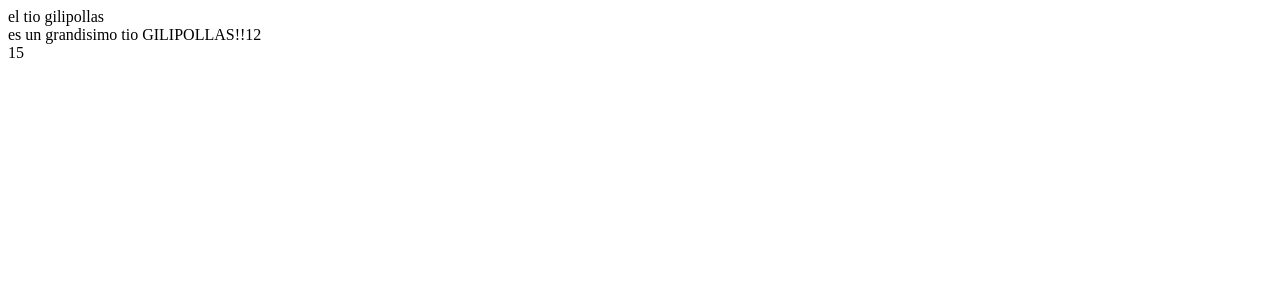
Repository: LionardoGomiz/CRUD-JS-VAINILLA
Page: http://localhost/gilipollas.php
These files come from the project's save history. The page is drawn as it stood at one moment and after the next save; the edit follows.
The browser window is 1280 px wide. The pictures show the whole page.
The page is run by PHP 8.4 with error messages shown; the project is at /var/www/html/.

Above is the page before, as saved 2021-08-13 20:17:22.

After the next save:
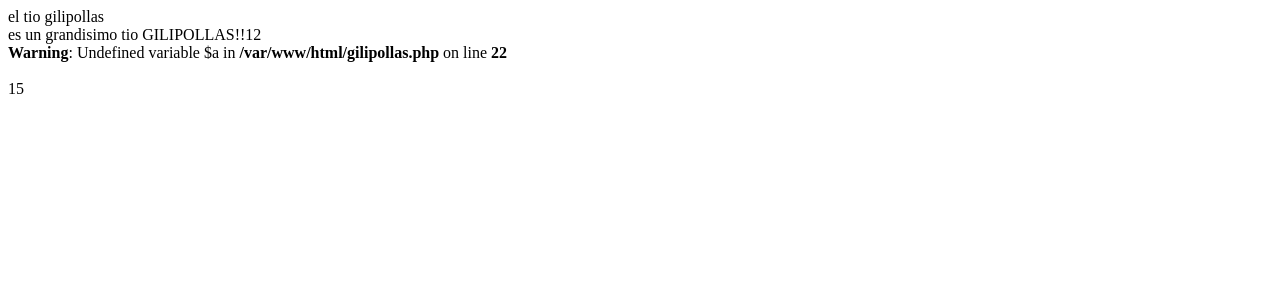
Saved 112 s later.
--- a/gilipollas.php
+++ b/gilipollas.php
@@ -17,7 +17,9 @@ if ($num1 == 8) {
 
 while ($num1 <= 12) {
         echo $num1++;
-}
+}do {
+    # code...
+} while ($a >= 10);
 
 echo "<br>";
 
